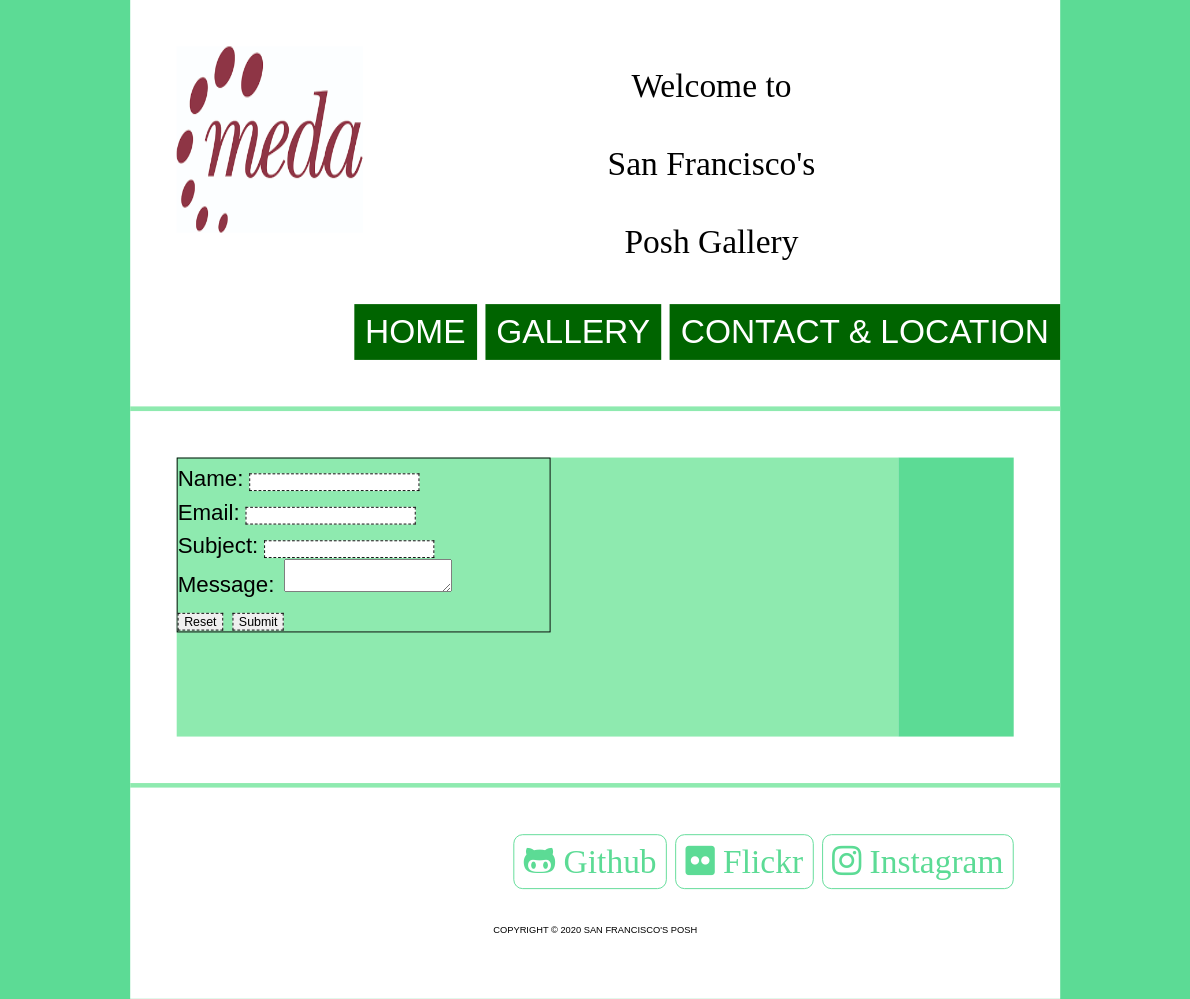
Repository: seleniadelgado/meda-spring2020-angie
Page: practice/html/week_4/multipage-css/contact.html
These files come from the project's save history. The page is drawn as it stood at one moment and after the next save; the edit follows.
The browser window is 1280 px wide. The pictures show the whole page, at 93% of full size.

Above is the page before, as saved 2020-02-13 10:46:37.

### practice/html/week_4/multipage-css/contact.html
<!DOCTYPE html>
<html lang="en">
<head>
    <meta charset=utf-8>
    <title>SF's Posh Gallery | Homepage</title>
    <meta name="viewport" content="width=device-width, initial-scale=1">
    <link rel="stylesheet" type="text/css" href="styles/reset.css">
    <link rel="stylesheet" type="text/css" href="styles/all.min.css">
    <link rel="stylesheet" type="text/css" href="styles/style.css">

</head>
<body>
    <header>
        <div>
            <a href="index.html"><img id="logo" src="images/logo.png" alt="logo" width="200" height="200"></a>
        </div>
        <div id="title-container">
            <h1>Welcome to<br>San Francisco's<br>Posh Gallery</h1>
        </div>
        <nav>
            <ul>
                <li><a href="index.html">Home</a></li>
                <li><a href="gallery.html">Gallery</a></li>
                <li><a href="index.html">Contact & Location</a></li>
            </ul>
        </nav>
    </header>

    <main id="contact">
        <div id="contact-flexbox">
            <!--div:first-child selects the following: -->
            <div>
                <form id="contact-form" action="#">
                    <label for="name">Name: </label>
                    <input type="text" id="name">
                    <br>
                    <label for="email">Email: </label>
                    <input type="text" id="email">
                    <br>
                    <label for="subject">Subject: </label>
                    <input type="text" id="subject">
                    <br>
                    <label for="message">Message:</label>
                    <textarea id="message"></textarea>
                    <br>
                    <input type="reset">
                    <input type="submit">
                </form>
            </div>
            <!--div:last-child selects the following:-->
            <div></div>
        </div>
    </main>

    <footer>
        <section id="social-links">
            <ul>
                <div class="lis">
                <li><a href="https://www.github.com"><i class="fab fa-github-alt"></i> Github</a></li>
                <li><a href="https://www.flickr.com"><i class="fab fa-flickr"></i> Flickr</a></li>
                <li><a href="https://www.Instagram.com"><i class="fab fa-instagram"></i> Instagram</a></li>
                </div>
            </ul>
        </section>
        <section>
            <p id="copyright">Copyright &copy; 2020 San Francisco's Posh</p>
        </section>
    </footer>
</body>

</html>

### practice/html/week_4/multipage-css/styles/style.css
body {
    background-color: #5cdb95;
    color: black;
}
header, main, footer {
    width: 900px;
    background-color: white;
    margin: 0 auto;
    padding: 50px;
    font-size: 36px;
}
/* Header style start*/
header {
    padding-right: 0;
    width: 950px;
}
header, main {
    border-bottom: #8EEaAF 5px solid;
}
header h1 {
    font-family: "Zapfino";
    font-size: "48px";
    text-align: center;
    color: darkslategray
    text-shadow: darkolivegreen;
    line-height: 84px;
}
#logo {
    float: left;
}
#little-container{
    margin-left: 200px;
}
nav ul li {
    display: inline-block;
    background-color: #8EEaAF;
    padding: 12px;
    margin-top: 25px;
    color: white;
    text-transform: uppercase;
    font-family: Arial, Helvetica, sans-serif;
}
nav ul li {
    background-color: darkgreen;
}
nav ul {
    text-align: right;
}
nav ul li a{
    text-decoration: none;
}
nav ul li a:link {
    color: white;
}

nav ul li a:visited{
    color: white;
}
nav ul li a:hover {
    text-decoration: none;
    color: #8EEaAF;
}

nav ul li a:active {
    color: darkgray;
}


/* header style ends */

/*Footer style starts*/
footer p {
    color: black;
    font-family: "Arial";
    line-height: 48px;
}
#copyright {
    text-align: center;
    font-size: 10px;
    text-transform: uppercase;
}
#social-links ul{
    text-align: right;
    margin-bottom: 20px;
}
#social-links ul li {
    display: inline-block;
    border: solid 1px #5cdb95;
    border-radius: 10px;;
    padding: 10px;
}
#social-links ul a:hover, #social-links ul li:hover {
    color: white;
    background-color: #8EEaAF;
}
#social-links ul li a {
    text-decoration: none;
    color: #5cdb95;;
}

/*Footer style ends*/
/*Main default styles*/
main {
    font-family: Arial;
    color: black;
}
main h1 {
    font-family: "Zapfino"
    font-size: 36px;
    text-align: center;
    line-height: 80px;
    margin-top: 30px;
}
main p {
    font-size: 24px;
}
/*main default style ends*/


/* homepage style start*/
main#homepage p {
    margin: 20px;
    line-height: 30px;
    text-align: justify;
}
/* homepage style end*/
/* gallery style end*/
#gallery div{
    display: flex;
    flex-wrap: wrap;
    justify-content: space-around;
    margin: 20px;
}
#gallery div img{
    width: 200px;
    height: 300px;
}
/*gallery end*/

/*contact start*/
#contact-flexbox {
    display: flex;
    height: 300px;
}

#contact-flexbox div:first-child {
    flex-grow: 3;
    background-color: #8EEaAF;
}

#contact-flexbox div:last-child {
    flex-grow: 1;
    background-color: #5cdb95;

}

#contact-form {
    border: solid black 1px;
    width: 400px;
}

#contact-form label {
    font-size: 24px;
}

#contact-form input {
    border: dashed 1px black;
}

/*contact end*/

Loaded but not shown: practice/html/week_4/multipage-css/styles/reset.css (common file); practice/html/week_4/multipage-css/styles/all.min.css (library)

After the next save:
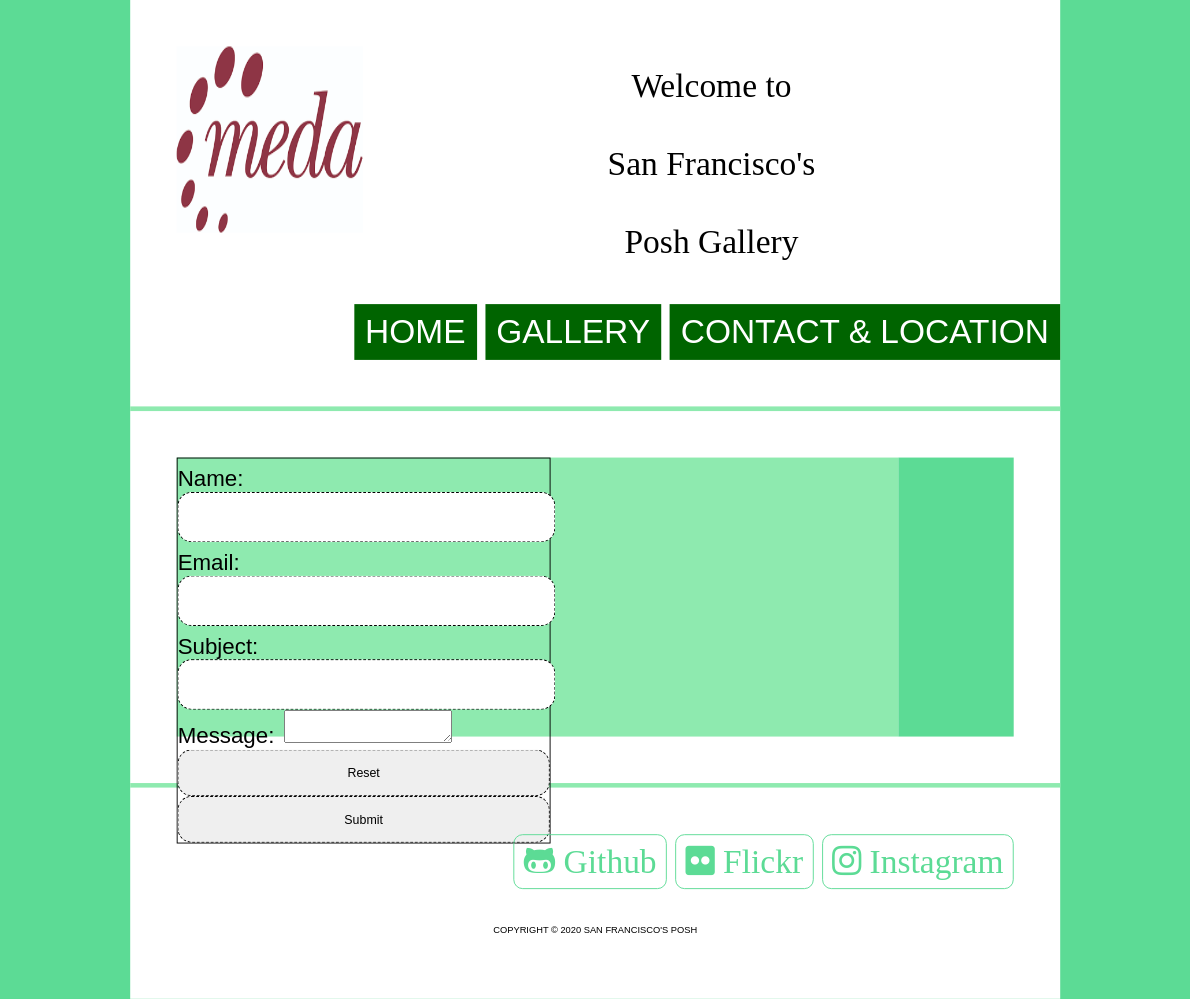
Saved 2 min 36 s later.
--- a/practice/html/week_4/multipage-css/styles/style.css
+++ b/practice/html/week_4/multipage-css/styles/style.css
@@ -165,6 +165,9 @@ main#homepage p {
 
 #contact-form input {
     border: dashed 1px black;
+    width: 400px;
+    height: 50px;
+    border-radius: 15px;
 }
 
 /*contact end*/
